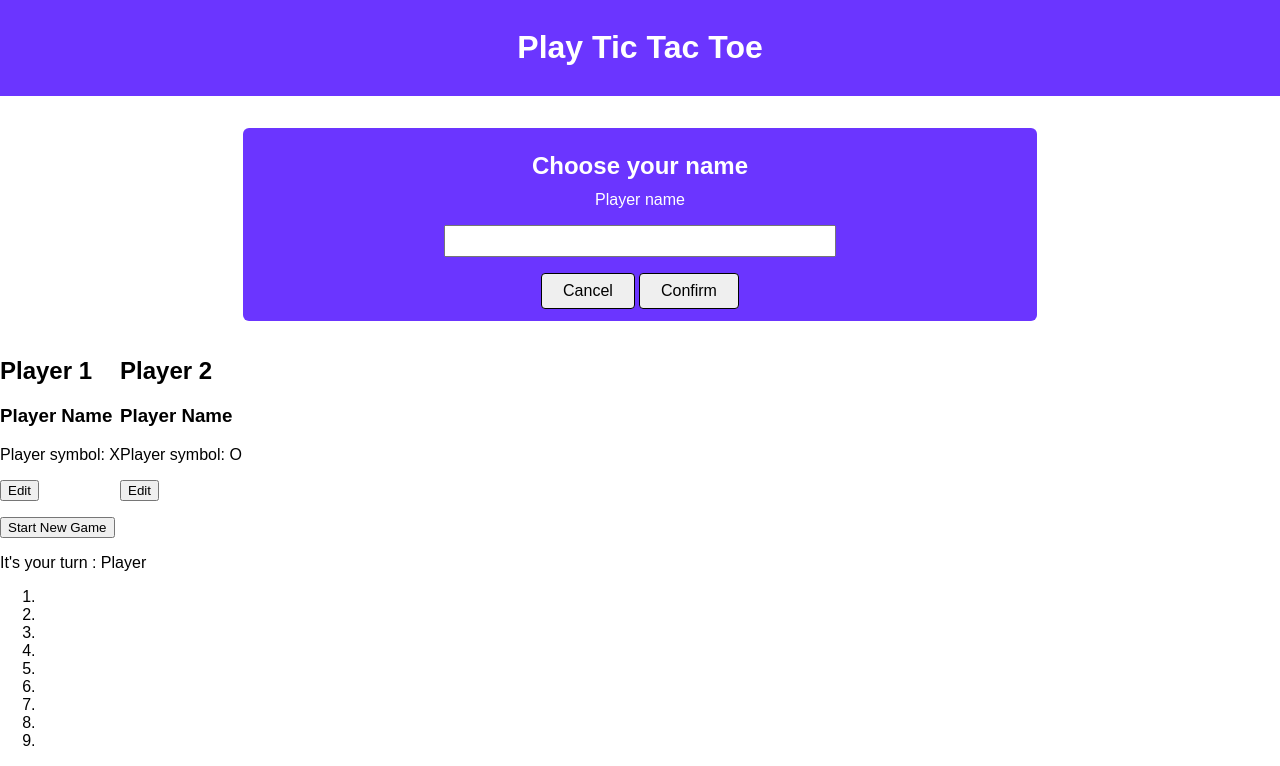
Repository: Harjot00/Wevdev
Page: Tic tac toe/index.html
An editor plug-in stored every save of this project. The page is shown before and after the next save, followed by the edit.
The browser window is 1280 px wide. The pictures show the whole page.
Some web fonts or font styles are not loaded; a fallback is used.

Above is the page before, as saved 2022-05-21 00:23:50.

### Tic tac toe/index.html
<!DOCTYPE html>
<html lang="en">
<head>
    <meta charset="UTF-8">
    <meta http-equiv="X-UA-Compatible" content="IE=edge">
    <meta name="viewport" content="width=device-width, initial-scale=1.0">
    <link rel="stylesheet" href="styles.css">
    <link href="https://fonts.googleapis.com/css2?family=Roboto:wght@100&family=Send+Flowers&display=swap" rel="stylesheet">
    <title>Tic Tac Toe</title>

</head>
<body>
    <header>
        <h1>Play Tic Tac Toe</h1>

    </header>
    <main>
        <aside>
            <h2>Choose your name</h2>
            <form >
                <div>
                    <label for = "playername">Player name</label>
                    <input type="text" name="username" id="username"/>

                </div>
                <div id = "btn-div">
                    <button type="button"> Cancel</button>
                    <button type="submit">Confirm</button>
                </div>
            </form>
        </aside>
        <div id="gamestyle">
            <ol>
                <li>
                    <h2>Player 1</h2>
                    <h3>Player Name</h3>
                    <p>Player symbol: X</p>
                    <button>Edit</button>
                </li>
                <li>
                    <h2>Player 2</h2>
                    <h3>Player Name</h3>
                    <p>Player symbol: O</p>
                    <button>Edit</button>
                </li>
            </ol>
            <button>Start New Game</button>
        </div>
         <section id="active-game">
             <p>It's your turn : Player</p>
             <ol>
                 <li></li>
                 <li></li>
                 <li></li>
                 <li></li>
                 <li></li>
                 <li></li>
                 <li></li>
                 <li></li>
                 <li></li>
             </ol>
         </section>
    </main>

</body>
</html>

### Tic tac toe/styles.css
@import url('https://fonts.googleapis.com/css2?family=Roboto:wght@100&family=Send+Flowers&display=swap');
body{
    font-family: 'Montserrat', sans-serif;
    margin: 0;
    padding: 0;
}
header{
    background-color: #6b35ff;
    margin:0 0 2rem 0;
    padding: 0.5rem 0;
    color:white;
    text-align: center;
}
aside {
    text-align: center;
    margin:1rem auto;
    width:60vw;
    color:white;
    padding:0.8rem;
    background-color:#6b35ff;
    overflow: wrapped;
    border-radius: 6px;
}
aside h2{
    margin:0.7rem 0;
}
aside input {
    display:block;
    margin:1rem auto;
    height:1.6rem;
    width:50%;
}
#btn-div button{
    padding:0.5rem 1.3rem;
    font-size:1rem;
    border:1px solid black;
    border-radius: 4px;
}

#btn-div button:hover{
    background-color: #895eff;
    color:white;
    border-color: #441daf;
    cursor: pointer;
}
#gamestyle ol{
    display:flex;
    list-style: none;
    padding:0px;



}

After the next save:
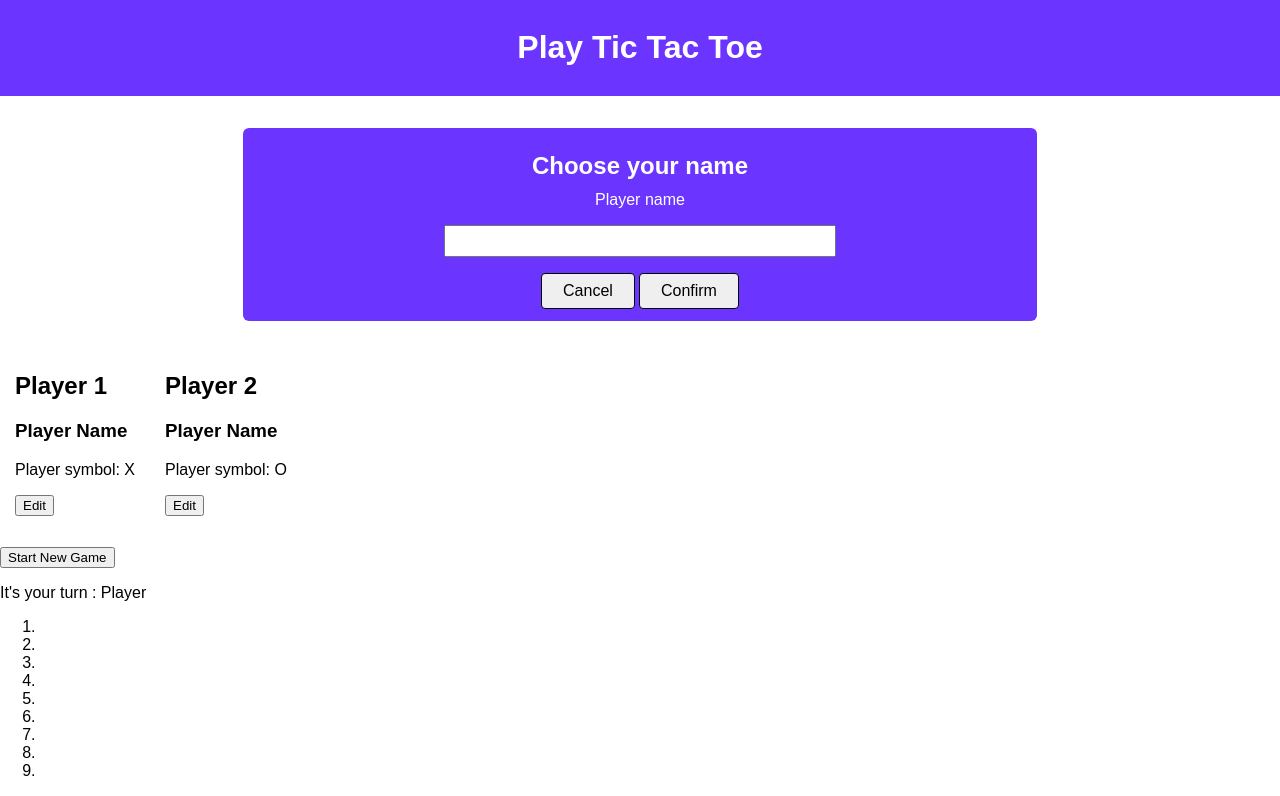
Saved 4 min 4 s later.
--- a/Tic tac toe/styles.css
+++ b/Tic tac toe/styles.css
@@ -47,7 +47,7 @@ aside input {
     display:flex;
     list-style: none;
     padding:0px;
-
-
-
 }
+#gamestyle li{
+    margin: 15px;
+};
